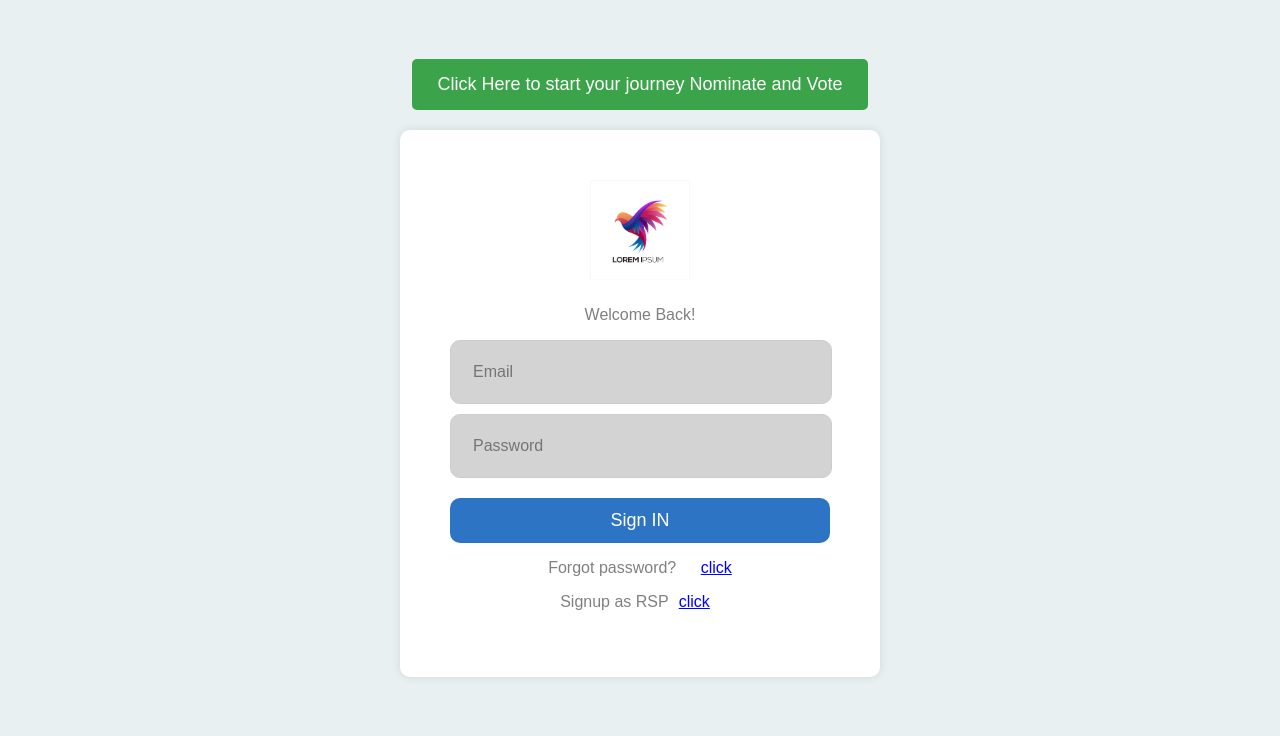
Repository: Femi007-gh/welcome
Page: index.html
The author's editor kept a copy of each file at every save. The page is drawn from the files as they stood at one save, then again after a run of saves.
The browser window is 1280 px wide. The pictures show the whole page.

Above is the page before, as saved 2025-03-10 21:59:22.

### index.html
<html>
<head>
    <title>Login Page</title>
    <link rel="stylesheet" href="style.css">
</head>
<body>
    <button class="green-button">Click Here to start your journey Nominate and Vote</button>
    <div class="container">
        <img src="Logo.jpg" alt="Nigerian Shippers Council Logo">
        <p>Welcome Back!</p>
        <form action="your-server-endpoint" method="post">
            <div class="input-container">
                <input type="email" placeholder="Email" class="lit">
            </div>
            <div class="password-container">
                <input type="password" placeholder="Password" class="fit">
            </div>
            <button type="submit" class="sign-in-button">Sign IN</button>
        </form>
        <div class="links">
            <a class="under">Forgot password? <a href="#" class="underline">click</a> </p>
            <p class="under">Signup as RSP<a href="#" class="underline">click</a></p>
        </div>
    </div>
</body>
</html>

### style.css
body {
  font-family: Arial, sans-serif;
  background-color: #e8f0f2;
  display: flex;
  justify-content: center;
  align-items: center;
  height: 100vh;
  flex-direction: column;
}
.green-button {
  background-color: #3ba349;
  color: white;
  padding: 15px 25px;
  border: none;
  border-radius: 5px;
  cursor: pointer;
  margin-bottom: 20px;
  font-size: 18px;
}
.container {
  background-color: white;
  padding: 50px;
  border-radius: 10px;
  box-shadow: 0 0 10px rgba(0, 0, 0, 0.1);
  text-align: center;
  width: 380px;
}
.container img {
  width: 100px;
  margin-bottom: 10px;
}
p {
  color: gray;
}
.input-container, .password-container {
  display: flex;
  align-items: center;
  background: #d3d3d3;
  border: 1px solid #ccc;
  border-radius: 10px;
  padding: 10px;
  width: calc(100% - 20px);
  margin: 10px 0;
}
.input-container input, .password-container input {
  border: none;
  outline: none;
  flex: 1;
  background: transparent;
  padding: 12px;
  font-size: 16px;
}
.password-container i {
  cursor: pointer;
  font-size: 18px;
  margin-left: 10px;
}
.sign-in-button {
  background-color: #2d74c4;
  color: white;
  padding: 12px;
  border: none;
  border-radius: 10px;
  cursor: pointer;
  width: 100%;
  font-size: 18px;
  margin-top: 10px;
}
.links {
  margin-top: 10px;
  font-size: 16px;
}
.links a {
  color: gray;
  text-decoration: none;
  margin: 0 10px;
}
.links a.underline {
  color: blue;
  text-decoration: underline;
}

After the next 3 saves:
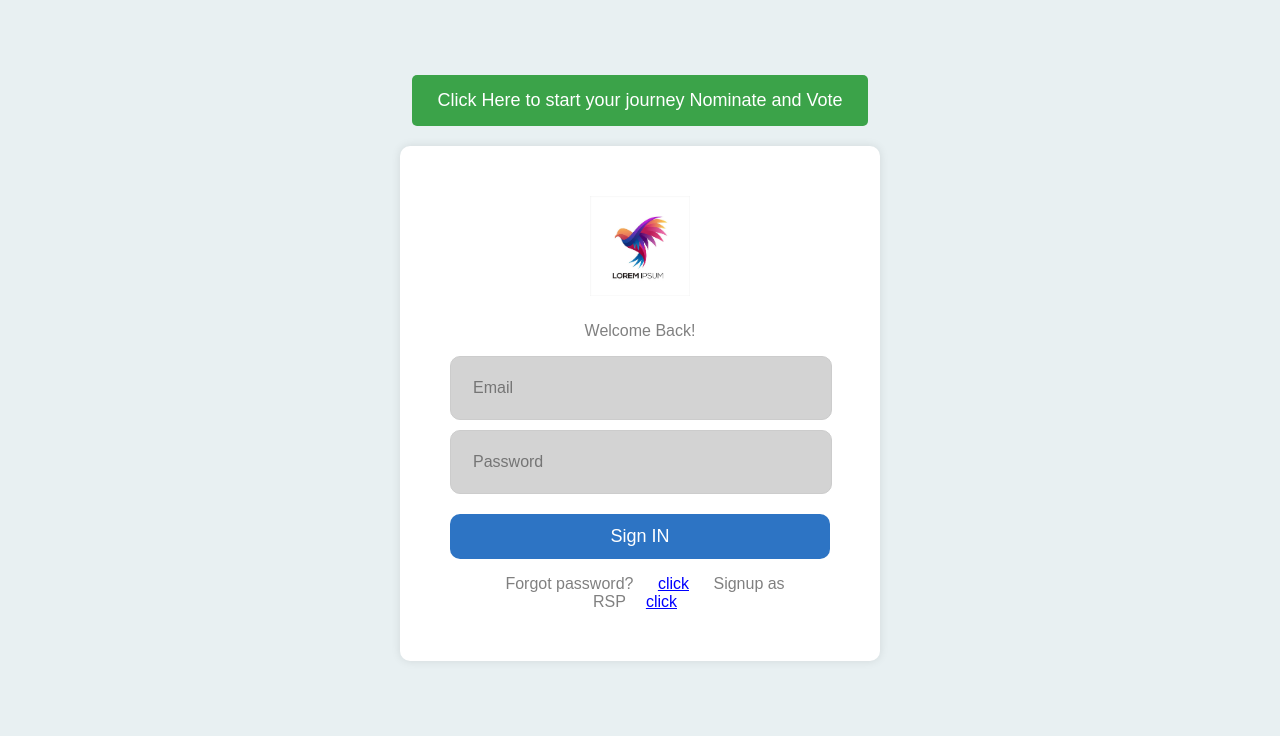
The 3 saves are shown as one change because they came seconds apart.
The last was saved 11 s later.
--- a/index.html
+++ b/index.html
@@ -18,8 +18,8 @@
             <button type="submit" class="sign-in-button">Sign IN</button>
         </form>
         <div class="links">
-            <a class="under">Forgot password? <a href="#" class="underline">click</a> </p>
-            <p class="under">Signup as RSP<a href="#" class="underline">click</a></p>
+            <a class="under">Forgot password? <a href="#" class="underline">click</a> </a>
+            <a class="under">Signup as RSP<a href="#" class="underline">click</a></a>
         </div>
     </div>
 </body>
